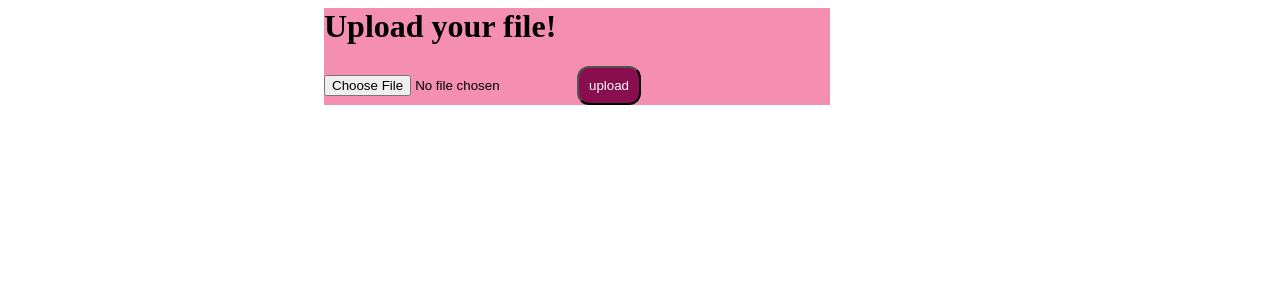
Repository: jocarosa/meta-data
Page: http://localhost/
The author's editor kept a record of every edit. The page is drawn from the files as they stood at one moment, then again after the next edit.
The browser window is 1280 px wide. The pictures show the whole page.
The page is served by the project's Node server (meta.js).

Above is the page before.

### views/index.jade
html
  head
    style
        include css/style.css


  body
      form(action='/',method='post', enctype="multipart/form-data")

        div(id='hiddendiv',data-role='fieldcontain')
            h1 Upload your file!
            input(id='hidden_password',type='file',value='file' name="myfile")

            input(class='styleSubmit' type='submit',value='upload')


include ./script.jade

### views/css/style.css
#hiddendiv{
    width              : 40%;
    background-color   : #F48FB1;
    margin-left        : 25%;
}

.styleSubmit{

    padding            : 10px;
    background-color   : #880E4F;
    color              : white;
    border-radius      : 12px;
}

### views/script.jade
script.
      if ('#{message}')
         alert('#{message}')

### meta.js
var express     = require('express');
var app         = express();
var multer      = require('multer');
var upload      = multer({ dest: './public/uploads/' });
var size;

app.set('view engine', 'jade');


app.get('/',function(req,res){
    res.render('index.jade');
});


//routes

app.post('/',upload.single('myfile'), function (req, res) {

    size    = 'the size is '+req.file.size;
    res.render('index.jade',{message:size});

});



var port = process.env.PORT || 8080;
app.listen(port,  function () {
	console.log('Node.js listening on port ' + port + '...');
});

After the next edit:
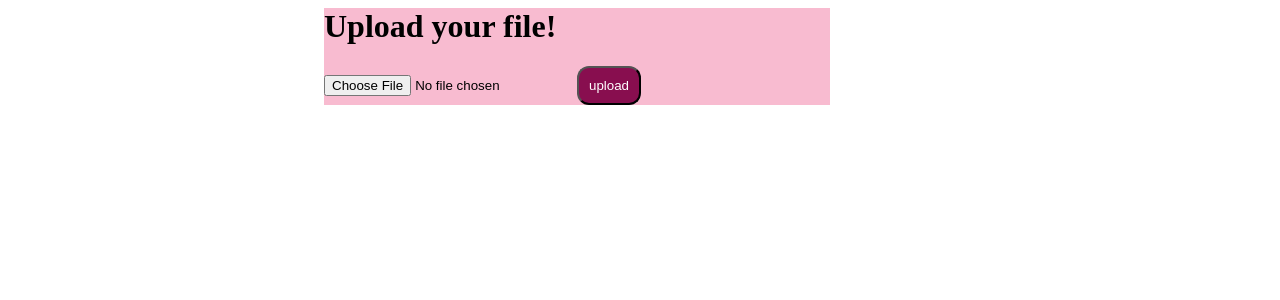
The edit:
--- a/views/css/style.css
+++ b/views/css/style.css
@@ -1,6 +1,6 @@
 #hiddendiv{
     width              : 40%;
-    background-color   : #F48FB1;
+    background-color   : #F8BBD0;
     margin-left        : 25%;
 }
 
